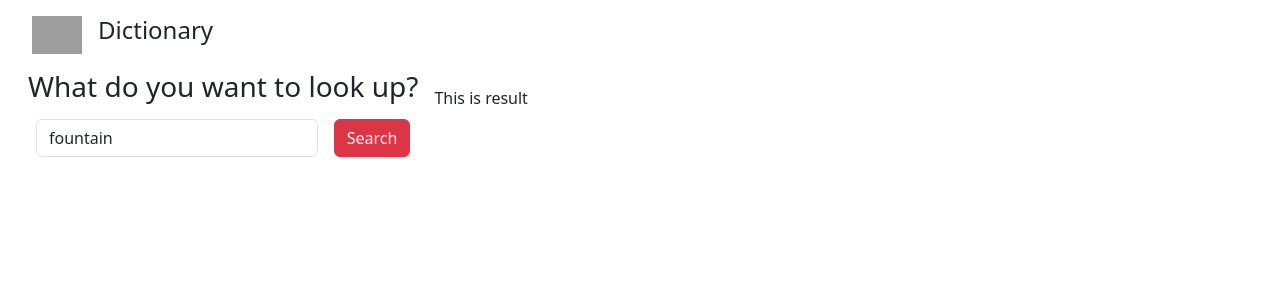
Repository: moehaymanmyint/react-dictionary-app
Page: /
An editor plug-in stored every save of this project. The page is shown before and after the next save, followed by the edit.
The browser window is 1280 px wide. The pictures show the whole page.
Pictures or frames that could not be fetched are drawn as grey boxes. The page's requests for data from a server got no answer. The project was rebuilt for these pictures with package versions that can differ from the ones it lists, and the page was loaded fresh each time. No one was signed in, and anything a server would have sent is missing.

Above is the page before, as saved 2024-08-28 10:29:44.

After the next save:
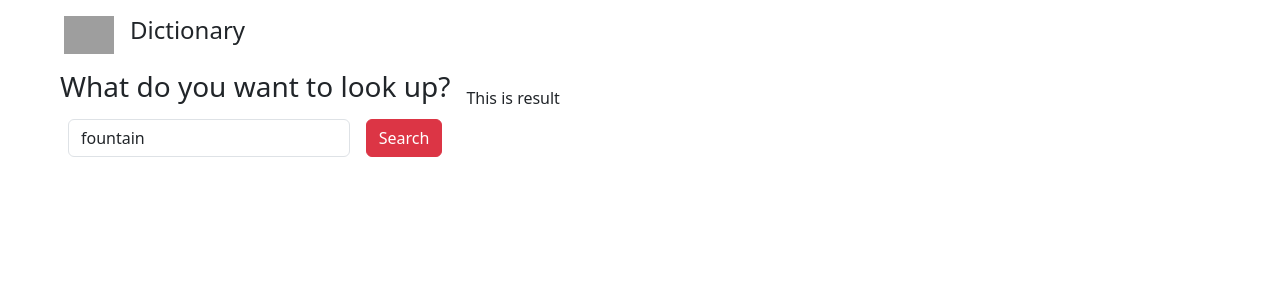
Saved 21 s later.
--- a/src/App.js
+++ b/src/App.js
@@ -8,12 +8,12 @@ function App() {
   return (
     <div className="App">
       {/* Logo */}
-      <div className='logo m-3 d-flex align-items-center'>
+      <div className='logo m-3 mx-5 d-flex align-items-center'>
         <img src="https://th.bing.com/th/id/R.1ebe3e38406a8906121c9769e62adc3e?rik=d1hISy0qiMJ7Hg&pid=ImgRaw&r=0" alt="Logo" className='mx-3'/>
         <h4>Dictionary</h4>
       </div>
 
-      <div className='container d-flex m-3'>
+      <div className='container d-flex m-3 mx-5'>
         {/* Header */}
         <div className="header">
           <h3>What do you want to look up?</h3>
